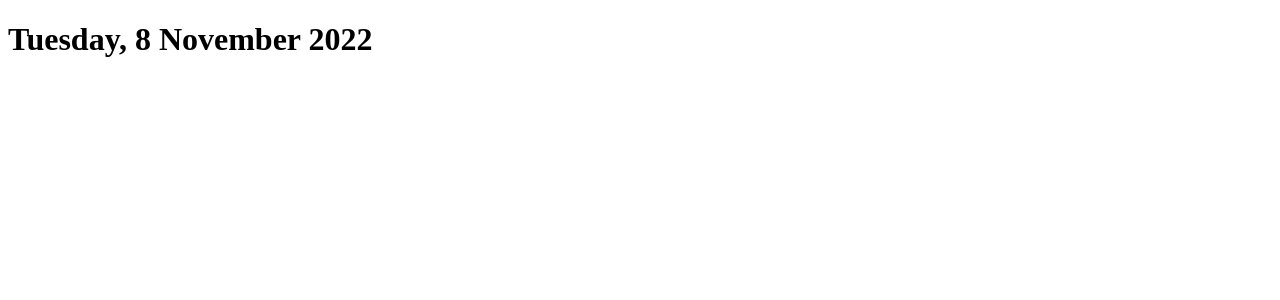
Repository: Kamrangujjar85112/Javascript-Vanilla-Projects
Page: index.html
The author's editor kept a copy of each file at every save. The page is drawn from the files as they stood at one save, then again after the next save.
The browser window is 1280 px wide. The pictures show the whole page.

Above is the page before, as saved 2022-01-16 18:19:36.

### index.html
<!DOCTYPE html>
<html lang="en">
<head>
    <meta charset="UTF-8">
    <meta name="viewport" content="width=device-width, initial-scale=1.0">
    <title>Document</title>
</head>
<body>
    <form class="form">
        <label for="amount">Enter Amount</label>
        <input type="number" id="amount">
        <button type="submit">submit</button>
    </form>
    <script src="./app.js"></script>
</body>

</html>

### app.js
// //SWITCH STATEMENT//

// const dice= 7;
// switch(dice){
//     case 1:
//         console.log('one');
//     break;
//     case 2:
//         console.log('two');
//     break;
//     case 3:
//         console.log('three');
//     break;
//     case 4:
//         console.log('four');
//     break;
//     case 5:
//         console.log('five');
//     break;
//     case 6:
//         console.log('six');
//     break;
//     default:
//         console.log('roll the dice');
// }
//  // --------------------------------------------------------------------

//  // While Loop

//  let cats = 20;
//  while (cats > 0){
//      console.log('I have ' + cats + " cats");
//  cats--;
//  }
//  // --------------------------------------------------------------------
//  // Do-While Loo

//   let books= 0;
//  do {
//      console.log('you have ' + books + ' books');
//      books++ ;
//  }
//  while (books < 10);

// // ---------------------------------------------------------------------

// // For Loop

// // ex:1 increment
// let a;
// for( a=1; a<=10; a++){
//     console.log('a is ' +a);
// }
// // ex:2 decrement
// for(let number=10; number>=1; number--){
//     console.log('number is '+number);
// }

// // ---------------------------------------------------------------------

// // // String Methods

// let name = 'kamran';
// console.log(name.length);
// console.log(name.toUpperCase());
// console.log(name.toLowerCase());
// console.log(name.charAt(1 , 4));
// console.log(name.charAt(-3));
// console.log(name.trim());
// console.log(name.indexOf('n'));
// console.log(name.slice(2));
// console.log(name.slice(-3));
// const person= 'kamran';
// const age= 26;
// const bio=(`my name is ${person} and my age is ${age}`);
// console.log(bio);

// // ---------------------------------------------------------------------

// // Array methods and properties(concat, reverse, unshift, shift, push, pop, splice)

// const coders= ['amir','muneeb','muazzam','hamid'];
// const support= ['usama','muteeb','kamran'];

// // concat
// const oscorb= coders.concat(support);
// console.log(oscorb);

// // reverse
// console.log(oscorb.reverse());

// // unshift

// oscorb.unshift('dkd');
// console.log(oscorb);

// // shift
// oscorb.shift();
// console.log(oscorb);

// // push

// oscorb.push('zafar');
// console.log(oscorb);

// // pop
// oscorb.pop();
// console.log(oscorb);

// // splice

// const react= oscorb.splice(1, 3);
//  console.log(react);
//  console.log(oscorb);


// // Array and for loop

// // ex1
// const firstName = ['abrar','bilal','ali','aoun'];
// const surName= 'Khan';
// let name= [];
// for ( let a = 0; a < firstName.length; a++ ){
// console.log(a);
// console.log(firstName[a]);
// const fullName=`${firstName[a]} ${surName}`;
// name.push(fullName);
// }
// console.log(firstName);
// console.log(name);

// // ex 2
// const name = 'Gate';
// const gates = ['1','2','3','4'];
// let gatesAre = [];
// for(let g = 0; g < gates.length; g++)
// {
//     const gateName = `${name} No: ${gates[g]}`;
//     gatesAre.push(gateName);
// }
// console.log(gatesAre);

// //---------------------------------------------------------------------

// // Calculate total function
// // ex 1
// const a = [90, 80, 70, 60];
// const b = [10, 20, 30, 40];

// function calculateTotal(arr){
//     let total = 0;
//     for(let i = 0; i < arr.length; i++){
//     total += arr[i];
//     }
//     return total;
// }
// const atotal= calculateTotal(a);
// const btotal= calculateTotal(b);
// console.log({
//     a: atotal,
//     b: btotal,
// });

// // ex 2
// const maths = [20, 30, 40, 50];
// const English = [90, 80, 50, 70];

// function calculateMarks(num){
//     marks = 0;
//     for(let m = 0; m < num.length; m++){
//         marks += num[m];
//     }
//     return marks;
// }
// const s = calculateMarks(maths);
// const w = calculateMarks(English);

// console.log({
//     Math_Marks: s,
//     English_Marks: w,
// });

// // ---------------------------------------------------------------------

// const number = 5 > 4;
// number ? console.log('it is true') : console.log('it is false');
// if(number){
//     console.log('it is true');
// }
// else{
//     console.log('it is false');
// }

// // ---------------------------------------------------------------------
// // global and local scope of a variable

// let name= 'kami';
// function kam(){
//     name='gujjar';


// }
// kam();
// console.log(name);

// // ---------------------------------------------------------------------

// // variable lookup

// // ex 1
// const globalVariable = 40;

// function add(num1 , num2){
//     const result = num1 + num2 + globalVariable;
//     function multiply(){
//         const globalVariable = 30;
//         const multiplyResult = result * globalVariable;
//         console.log(multiplyResult);
//     }

//     multiply();
//     return result;
// }
// console.log(add(30, 40));

// // ex 2
// const globalVariable = 40;

// function add(num1 , num2){
//     const result = num1 + num2 + globalVariable;
//     function multiply(){
//         const globalVariable = 30;
//         multiplyResult = result * globalVariable;
//     }
//     multiply();
//     console.log(multiplyResult);

//     return result;
// }
// console.log(add(30, 40));\

// // ---------------------------------------------------------------------

// // // call back function
// function morning(name){
//     return `Good Morning ${name}`;
// }
// function afternoon(name){
//     return `Good fternoon ${name}`;
// }
// function evening(name){
//     return `Good Evening ${name}`;
// }
// function greeting(name, cb){
//     const myName = `Kamran`;
//     console.log(`${cb(name)} my name is ${myName}`);

// }
// greeting('Irfan', morning);
// greeting('Irfan', afternoon);
// greeting('Irfan', evening);

// // ---------------------------------------------------------------------

// // Array Iteraters

// const Oscorb = [
//     {name:'Muazzam' , role: 'Laravel Developer'},
//     {name:'Amir' , role: '.Net Developer'},
//     {name:'Muneeb' , role: '.Net Developer'},
//     {name:'Hamid' , role: 'React Developer'},
//     {name:'Muteeb' , role: 'Internee'},
//     {name:'Usama' , role: 'Internee'},
//     {name:'Kamran' , role: 'Internee'},
// ];


// Oscorb.forEach(function Job(Employee) {
//     console.log(Employee.name.toUpperCase());

// });

// // ---------------------------------------------------------------------

// //
// const Oscorb = [
//     {name:'Muazzam' , role: 'Laravel Developer'},
//     {name:'Amir' , role: '.Net Developer'},
//     {name:'Muneeb' , role: '.Net Developer'},
//     {name:'Hamid' , role: 'React Developer'},
//     {name:'Muteeb' , role: 'Internee'},
//     {name:'Usama' , role: 'Internee'},
//     {name:'Kamran' , role: 'Internee'},
// ];

// const names = Oscorb.map(function display(team) {
//     return `<h1>${team.name}</h1>`;
// });
//     document.body.innerHTML = names.join('');

// console.log(names);
// const roles = Oscorb.map(function showAge(ageing) {
//     return `<h2>${ageing.role}</h2>`;
// });
// console.log(roles);

// // ---------------------------------------------------------------------

// Quiz
//1 :- change Hamza to Muneeb
//2 :- React developer to Full-stack developer
//3 :- change ali to name and role them also

// // Question:
// const firstArray = [
//     {name:'Amir' , role: '.Net Developer', age:  25},
//     {name:'Hamza' , role: '.Net Developer', age:  40},
//     {name:'Hamid' , role: 'React Developer', age:  92},
//     "ali",
//     {name:'Muteeb' , role: 'Internee', age:  30},
// ];

// const newArray = firstArray.map((data)=> {

//     // change Hamza to Muneeb

//     const replaceName = {name:'Muneeb' , role: '.Net Developer', age:  40};
//     if (data.name === "Hamza" ){
//         return replaceName;
//     }

//     //React developer to Full-stack developer

//     const replaceRole = {name:'Hamid' , role: 'Full-stack Developer', age:  92};
//     if (data.role === "React Developer" ){
//         return replaceRole;
//     }

//     // change ali to name and role them also

//     const addRole = {name:'ali' , role: 'laravel Developer' , age:  24};
//     if (data === "ali") {
//         return addRole;
//     }
//     return data;
// });
// console.log(newArray);

// // ---------------------------------------------------------------------

// // Filter Example

// const firstArray = [
//     {name:'Amir' , role: '.Net Developer', age:  25},
//     {name:'Hamza' , role: '.Net Developer', age:  40},
//     {name:'Hamid' , role: 'React Developer', age:  92},
//     "ali",
//     {name:'Muteeb' , role: 'Internee', age:  30},
// ];
// const youngPeople= firstArray.filter((data)=>{
//     return data.age <= 40;
// });
// console.log(youngPeople);

// // ---------------------------------------------------------------------

// // Find example

// const team = [
//     {name:'Muazzam' , role: 'Laravel Developer', salary: 50000, id: 1},
//     {name:'Amir' , role: '.Net Developer', salary: 45000, id: 2},
//     {name:'Muneeb' , role: '.Net Developer', salary: 40000, id: 3},
//     {name:'Hamid' , role: 'React Developer', salary: 35000, id: 4},
//     {name:'Muteeb' , role: 'Internee', salary: 30000, id: 5},
//     {name:'Usama' , role: 'Internee', salary: 25000, id: 6},
//     {name:'Kamran' , role: 'Internee', salary: 20000, id: 7},
// ];
// const people= team.find((data)=>{
//     return data.salary === 30000;
// });
// console.log(people);

// // Reduce function

// const team = [
//     {name:'Muazzam' , role: 'Laravel Developer', salary: 50000, id: 1},
//     {name:'Amir' , role: '.Net Developer', salary: 45000, id: 2},
//     {name:'Muneeb' , role: '.Net Developer', salary: 40000, id: 3},
//     {name:'Hamid' , role: 'React Developer', salary: 35000, id: 4},
//     {name:'Muteeb' , role: 'Internee', salary: 30000, id: 5},
//     {name:'Usama' , role: 'Internee', salary: 25000, id: 6},
//     {name:'Kamran' , role: 'Internee', salary: 20000, id: 7},
// ];
// const totalIncome= team.reduce((cash, currSalery)=>{
//     console.log(`Total Cash ${cash}`);
//     console.log(`Cash collected from the person: ${currSalery.salary}`);
//     cash += currSalery.salary;
//     return cash;
// }, 0);
// console.log(`Total Cash:`,totalIncome);

// // ---------------------------------------------------------------------

// // Math Object

// const value = Math.random(number); // below zero form 0.00 to 0.99
// const value = Math.random(number) * 10; // from 0 to 9
// const value = Math.floor(number); // roundabout of given value
// const value = Math.ciel(number); // roundabout of +1 value
// const value = Math.floor(Math.random(number)); // roundabout of random value always show zero
// const value = Math.ciel(Math.random(number)); // roundabout of random value always show zero
// const value = Math.floor(Math.random( ) * 10); // roundabout of  value always show zero
// const value = Math.ceil(Math.random(number) * 10); // roundabout of +1 value always show zero
// const value = Math.floor((number) * 10); // roundabout from 0 to 9 if taken the value below 1
// const value = Math.floor((number) * 10); // roundabout from 0 to 9 if taken the value below 1
// const value = Math.sqrt(number); // to take the squareroot of the value
// const value = Math.PI; // to take the pi value
// const value = Math.max(20,30,30,50,40,60,90,900,800,600,700,1000); // to find the max value
// const value = Math.min(20,30,30,50,40,60,90,900,800,600,700,1000); // to find the min value
// console.log(value);

// // ---------------------------------------------------------------------

// // date

const months= [
    "January",
    "February",
    "March",
    "April",
    "May",
    "June",
    "July",
    "August",
    "September",
    "October",
    "November",
    "December"
];
const days = [
    "Sunday",
    "Monday",
    "Tuesday",
    "Wednesday",
    "Thursday",
    "Friday",
    "Saturday"
];
const date = new Date('11/08,2022');
const month= date.getMonth();
console.log(months[month]);

const day= date.getDay();
console.log(days[day]);

console.log(date.getFullYear());

console.log(date.getDate());

const sentence= `<h1>${days[day]}, ${date.getDate()} ${months[month]} ${date.getFullYear()}</h1>`;
document.body.innerHTML = sentence;

After the next save:
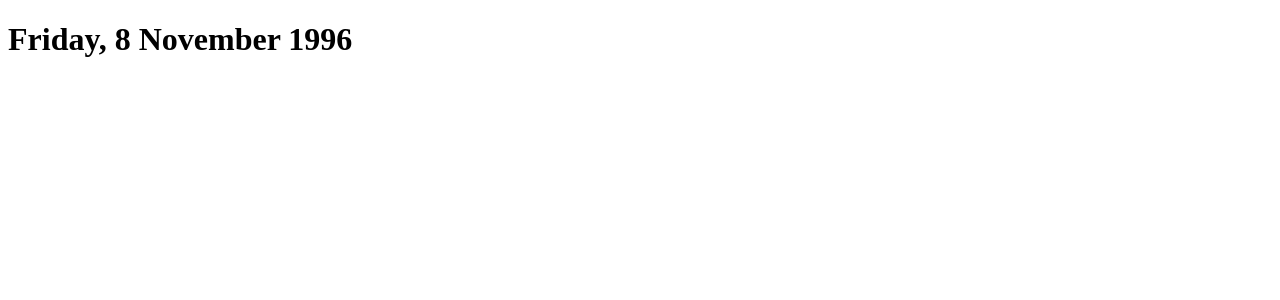
Saved 12 s later.
--- a/app.js
+++ b/app.js
@@ -446,7 +446,7 @@ const days = [
     "Friday",
     "Saturday"
 ];
-const date = new Date('11/08,2022');
+const date = new Date('11/08,1996');
 const month= date.getMonth();
 console.log(months[month]);
 
